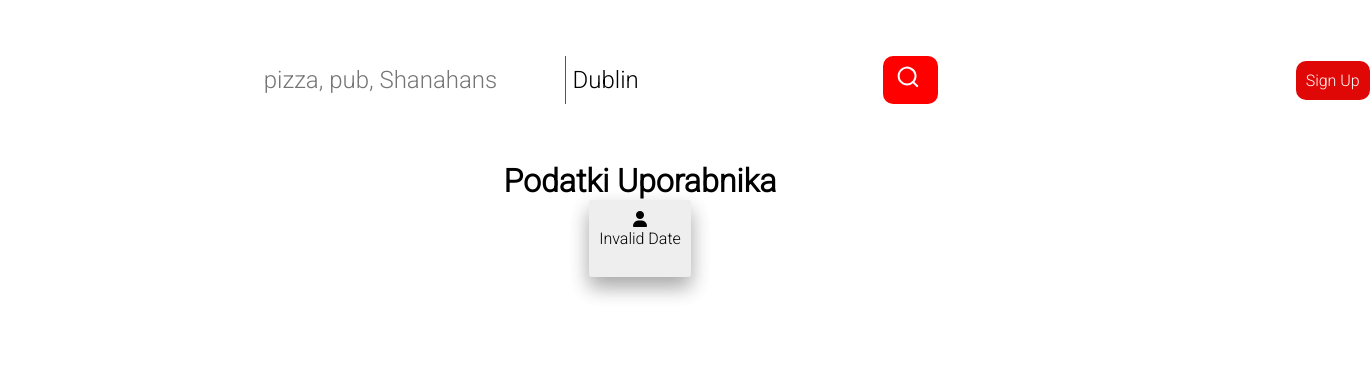
Repository: DomenJ2003/project1
Page: /user
The author's editor kept a copy of each file at every save. The page is drawn from the files as they stood at one save, then again after the next save.
The browser window is 1280 px wide. The page is 1370 px wide, so the pictures cover 1370 px, including what lies to the right of the window. The pictures show the whole page.
The page's requests for data from a server got no answer. Some web libraries are served in a nearby version. The project was rebuilt for these pictures with package versions that can differ from the ones it lists, and the page was loaded fresh each time. No one was signed in, and anything a server would have sent is missing. Also part of the build but not shown: vite.config.js, src/Components/Sections/HeroSection.css, src/Components/Sections/HeroSection.jsx, src/Components/Sections/HomePageContent.css, src/Components/Sections/HomePageContent.jsx, src/Components/Pages/HomePage.jsx, src/Components/Pages/HelpPage.jsx.

Above is the page before, as saved 2022-08-21 11:09:15.

### index.html
<!DOCTYPE html>
<html lang="en">
  <head>
    <meta charset="UTF-8" />
    <link rel="icon" type="image/svg+xml" href="/vite.svg" />
    <meta name="viewport" content="width=device-width, initial-scale=1.0" />
    <title>Poletna Šola</title>
    <script src="https://kit.fontawesome.com/76f3e76781.js" crossorigin="anonymous"></script>
  </head>
  <body>
    <div id="root"></div>
    <script type="module" src="/src/main.jsx"></script>
  </body>
</html>

### src/main.jsx
import React from 'react'
import ReactDOM from 'react-dom/client'
import HomePage from './Components/Pages/HomePage'
import App from './App'
import './index.css'

ReactDOM.createRoot(document.getElementById('root')).render(
  <>
    <App/>
    {/* <HomePage /> */}
  </>
)

### src/App.jsx
import { useState } from 'react'
import './App.css'
import Navbar  from './Components/Sections/Navbar'
import {
  BrowserRouter,
  Routes,
  Route,
} from "react-router-dom";
import HomePage from './Components/Pages/HomePage';
import HelpPage from './Components/Pages/HelpPage';
import UserPage from './Components/Pages/UserPage';

function App() {

  return(
    <>
    <BrowserRouter>
    <Navbar/>
    <Routes>
      <Route path="/" element={<HomePage />} />
      <Route path="/help" element={<HelpPage/>} />
      <Route path="/user" element={<UserPage/>} />
    </Routes>
  </BrowserRouter>
    </>
  )

}

export default App

### src/Components/Sections/Navbar.jsx
import { useState } from 'react'
import './navbar.css'
import Button from '../General/Button'
import Dropdown from '../General/Dropodown'
import Searchbar from '../General/Serchbar';


function Navbar() {

  return (

    <div className="navbar">
        <div className="logo">
            <img src="./logo.svg" alt="" />
        </div>
        <div className="findbarlinks">
            <Searchbar />
            <div className="links">
                <Dropdown name="Restaurants" links={['Delivery', 'Reservations', 'Burgers', 'Japanese', 'Chinese', 'Mexican', 'Italian', 'Thai']} />
                <Dropdown name="Home Services" links={['Contractors', 'Landscaping', 'Electricians', 'Locksmiths', 'Home Cleaners', 'Movers', 'HVAC', 'Plumbers']} />
                <Dropdown name="Auto Services" links={['Auto Repair', 'Car Dealers', 'Auto Detailing', 'Oil Change', 'Body Shops', 'Parking', 'Car Wash', 'Towing']} />
                <Dropdown name="More" links={['Dry Cleaning', 'Hair Salons', 'Phone Repair', 'Gyms', 'Bars', 'Massage', 'Nightlife', 'Shopping']} />
            </div>
        </div>
        <div className="buttons">
            <Button text="For Businesses" classtype="btn"/>
            <Button text="Write a Review" classtype="btn"/>
            <Button text="Log In" classtype="LogInBtn"/>
            <Button text="Sign Up" classtype="SignUpBtn"/>
        </div>

    </div>

  );
}

export default Navbar

### src/helper/api.js
import axios from "axios";

const API_URL = 'https://random-data-api.com/api'

async function getUsers (){
    const res = await axios.get(`${API_URL}/users/random_user?size=50`);
    return res.data;
}

async function getUser (){
    const res = await axios.get(`${API_URL}/users/random_user`);
    return res.data;
}

export {getUsers, getUser};

### src/Components/Pages/UserPage.jsx
import { useState, useEffect } from "react";
import "./UserPage.css";
import { getUser } from "../../helper/api";
import Card from "../General/Card";
import { useLocation } from "react-router-dom";

function UserPage(props) {
  //const [user, setUser] = useState({});
  const { state } = useLocation();
  const [cardData, setCardData] = useState({});

  const getData = async () => {
    const data = await getUser();
    setCardData({
      image: data.avatar,
      header: `${data.first_name} ${data.last_name}`,
      date: data.date_of_birth,
    });
  };

  useEffect(() => {
    try {
      setCardData({
        image: state.user.avatar,
        header: `${state.user.first_name} ${state.user.last_name}`,
        date: state.user.date_of_birth,
      });
    } catch (e) {
      getData();
    }
  }, []);

  return (
    <>
      <h1>Podatki Uporabnika</h1>
      <div className="solo-card-container">
        <Card key={1} {...cardData} onClickFunction={() => {}} />
      </div>
    </>
  );
}

export default UserPage;

### src/Components/Sections/navbar.css
.navbar{
    /* position: fixed; */
    width: 100%;
    height: 130px;
    padding: 24px 40px 0;
    display: flex;
    flex-direction: row;
    justify-content: space-between;

}

.findbarlinks{
    margin-left: 5%;
    width: 60%;
    margin-bottom: 10px;

}

.links{
    height: 58px;
    display: flex;
    flex-direction: row;
    align-items: center;
    justify-content: start;
}

.arrow{
    padding-top: 3px;
}

span{
    white-space: nowrap;
}

.buttons{
    height: 48px;
    width: 30%;
    display: flex;
    flex-direction: row;
    align-items: center;
    justify-content: start;
}



/* .hero-nav-section{
    height: 70vh;
    background: linear-gradient(90deg, rgba(0, 0, 0, 0.4) 0%, rgba(0, 0, 0, 0.1) 55%), url('../../../public/background.jpg');
    background-position: center;
    background-size: cover;
} */

### src/Components/General/Button.jsx
import { useState } from 'react'
import './Button.css'

function Button(props) {


  return (
    <button className={props.classtype}>
        {props.text}
    </button>
  )
}

export default Button

### src/Components/General/Dropodown.jsx
import { useState } from 'react'
import './dropdown.css'

function Dropdown(props) {

    var links = []

    for(const link in props.links){

        links.push(<a className='dropdown-link' href="#" key={link}>{props.links[link]}</a>)
    }


  return (
    <div className="dropdown">
                <div className="link">
                    <span>
                        {props.name}
                    </span>
                    <span>
                        <svg width={24} height={24} className="arrow">
                            <path d="M12 15.25a1 1 0 01-.7-.29l-4.58-4.5A1.011 1.011 0 018.12 9L12 12.85 15.88 9a1 1 0 111.4 1.42L12.7 15a1 1 0 01-.7.25z"></path>
                        </svg>
                    </span>
                </div>
                <div className="dropdown-content">
                    {links}
                </div>
        </div>
  )
}

export default Dropdown

### src/Components/General/Serchbar.jsx
import { useState } from 'react'
import './Searchbar.css'

function Searchbar(props) {



  return (
    <form>
                <div className="findbar">
                    <div className="search">
                        <input type="text" className='input-text'  placeholder='pizza, pub, Shanahans' />
                    </div>
                    <div className="line">
                        </div>
                    <div className="city">

                    <input type="text" className='input-city' defaultValue='Dublin' />
                    </div>
                    <button className="find">
                    <svg width={30} height={30} className="search-icon">
                            <path d="M21.853 20.355l-3.444-3.443a9.428 9.428 0 10-16.761-6.171 9.428 9.428 0 0015.348 7.586l3.443 3.442a1 1 0 101.414-1.414zM5.82 16.245a7.429 7.429 0 115.253 2.175 7.38 7.38 0 01-5.253-2.176z"></path>
                        </svg>
                    </button>

                </div>
            </form>
  )
}

export default Searchbar

### src/Components/General/Card.jsx
import { useState } from "react";
import "./Card.css";

function Card(props) {
  return (
    <div className="card-container" onClick={props.onClickFunction}>
      <div className="card-header">
        <span className="card-title">
          <i className="fa-solid fa-user"></i>
          {"  "}
          {props.header}
        </span>
        <br />
        <span>{new Date(props.date).toLocaleDateString()}</span>
      </div>
      <div className="card-content">
        {props.content}
        <img src={props.image} className="card-image" />
      </div>
    </div>
  );
}

export default Card;

### src/Components/Pages/UserPage.css
.solo-card-container{
    display: flex;
    justify-content: center;
    align-items: center;
    width:100%;

}

### src/Components/General/Button.css
.btn{
    background-color: transparent;
    border: none;
    color: white;
    padding: 15px 32px;
    text-align: center;
    text-decoration: none;
    display: inline-block;
    font-size: 16px;
    padding: 5px;
    white-space: nowrap;
    margin-right: 20px;
}

.btn:hover{
    border-radius: 10px;
    background-color: rgba(255, 255, 255, 0.5);
}

.SignUpBtn{
    background-color: rgba(224,7,7,1);;
    border: none;
    color: white;
    padding: 15px 32px;
    text-align: center;
    text-decoration: none;
    display: inline-block;
    font-size: 16px;
    padding: 10px;
    white-space: nowrap;
    border-radius: 10px;
    margin-right: 20px;
}

.SignUpBtn:hover{

    background-color: rgb(244,13,21);
}

.LogInBtn{
    background-color: transparent;
    border: 2px solid white;
    color: white;
    padding: 15px 32px;
    text-align: center;
    text-decoration: none;
    display: inline-block;
    font-size: 16px;
    padding: 10px;
    border-radius: 5px;
    white-space: nowrap;
    margin-right: 20px;
}

.LogInBtn:hover{
    background-color: rgba(255, 255, 255, 0.5);
}

### src/Components/General/dropdown.css

.link{
    height: 20px;
    color: #fff;
    fill: #fff;
    margin-left: 20px;
    padding: 0 30px;
    padding-bottom: 20px;
    display: flex;
    flex-direction: row;
    align-items: center;
    cursor: pointer;
    border-bottom: 2px solid transparent;
}

.link:hover{
    border-bottom: 2px solid red;
}

/* drop down */

.dropdown {
    position: relative;
    display: inline-block;
  }

  /* Dropdown Content (Hidden by Default) */
  .dropdown-content {
    display: none;
    position: absolute;
    background-color: #f9f9f9;
    min-width: 160px;
    box-shadow: 0px 8px 16px 0px rgba(0,0,0,0.2);
    z-index: 1;
    margin-left: 20px;
    border-top-right-radius: 15px;
    border-bottom-right-radius: 15px;
    border-bottom-left-radius: 15px;
    padding: 10px;

  }

  .dropdown-content a:nth-child(2){
    border-top-right-radius: 15px;

  }

  .dropdown-content a:last-child{
    border-bottom-right-radius: 15px;

  }

  .dropdown-content a:nth-last-child(2){
    border-bottom-left-radius: 15px;

  }



  /* Links inside the dropdown */
  .dropdown-content a {
    color: black;
    padding: 12px 16px;
    text-decoration: none;
    display: block;
    white-space: nowrap;
  }



  .dropdown-content a:hover {
    background-color: rgba(0,0,0,0.2);
    border-radius: 15px;
  }

  .dropdown:hover .dropdown-content {
    display: grid;
    grid-template-columns: 1fr 1fr;
    gap: 5px;
  }

  .dropdown:hover .dropbtn {
    background-color: #3e8e41;
  }

### src/Components/General/Searchbar.css
.input-text{
    height: 100%;
    width: 100%;
    font-size: 24px;
    padding: 5px;
    border-top-left-radius: 5px;
    border-bottom-left-radius: 5px;
    border: 2px solid #fff;
}

.input-city{
    height: 100%;
    width: 100%;
    font-size: 24px;
    padding: 5px;
    border-top-right-radius: 5px;
    border-bottom-right-radius: 5px;
    border: 2px solid #fff;
}

input:focus{
    outline: none;
}

.find:focus{
    outline: none;
}

.line{
    width: 1px;
    background-color:#565656;
}

.search-icon{
    color: #fff;
    fill: #fff;
}
.findbar{

    height: 48px;
    display: flex;
    flex-direction: row;
}


.find{
    background-color: red;
    width: 56px;
    height: 48px;
    color: #fff;
    display: flex;
    align-items: center;
    justify-content: center;
    border-radius: 10px;
    margin-left: 10px;
    border: none;
}

.search{
    width: calc(50% - 28px);
    height: 48px;

}

.city{
    width: calc(50% - 28px);
    height: 48px;

}

### src/Components/General/Card.css
.card-container{
    display: flex;
    border-radius: 3px;
    flex-direction: column;
    background-color: #eee;
    box-shadow:  rgba(0, 0, 0, 0.19) 0px 10px 20px,
    rgba(0, 0, 0, 0.19) 0px 10px 20px;

}

.card-header{
    padding: 10px;
}

.card-image{
    width: 100%;
    height: 100%;
}

.card-title{
    font-weight: bold;
}

Loaded but not shown: src/index.css (common file); src/App.css (common file); src/Components/Pages/HomePage.css (no stored copy; drawn as an empty file)

After the next save:
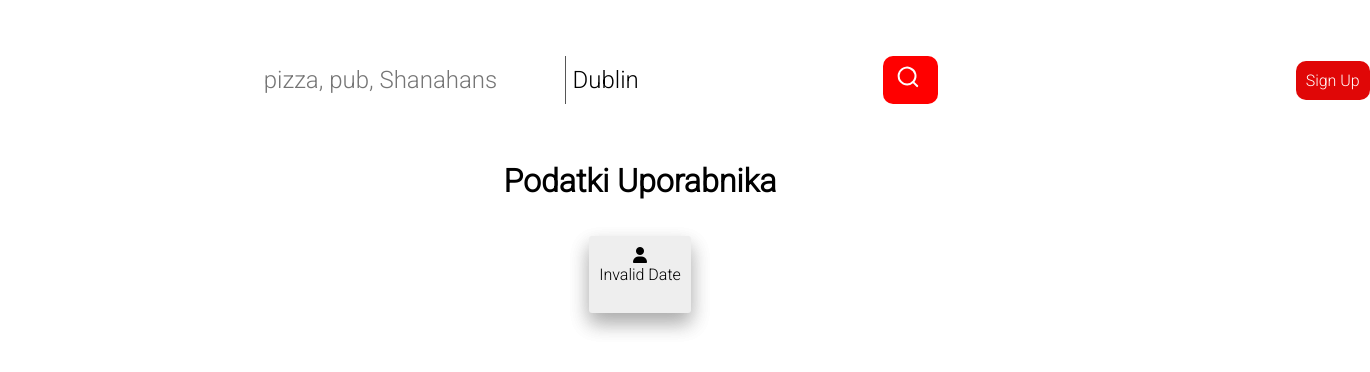
Saved 16 s later.
--- a/src/Components/Pages/UserPage.css
+++ b/src/Components/Pages/UserPage.css
@@ -3,5 +3,6 @@
     justify-content: center;
     align-items: center;
     width:100%;
+    padding-top: 5vh;
 
 }
